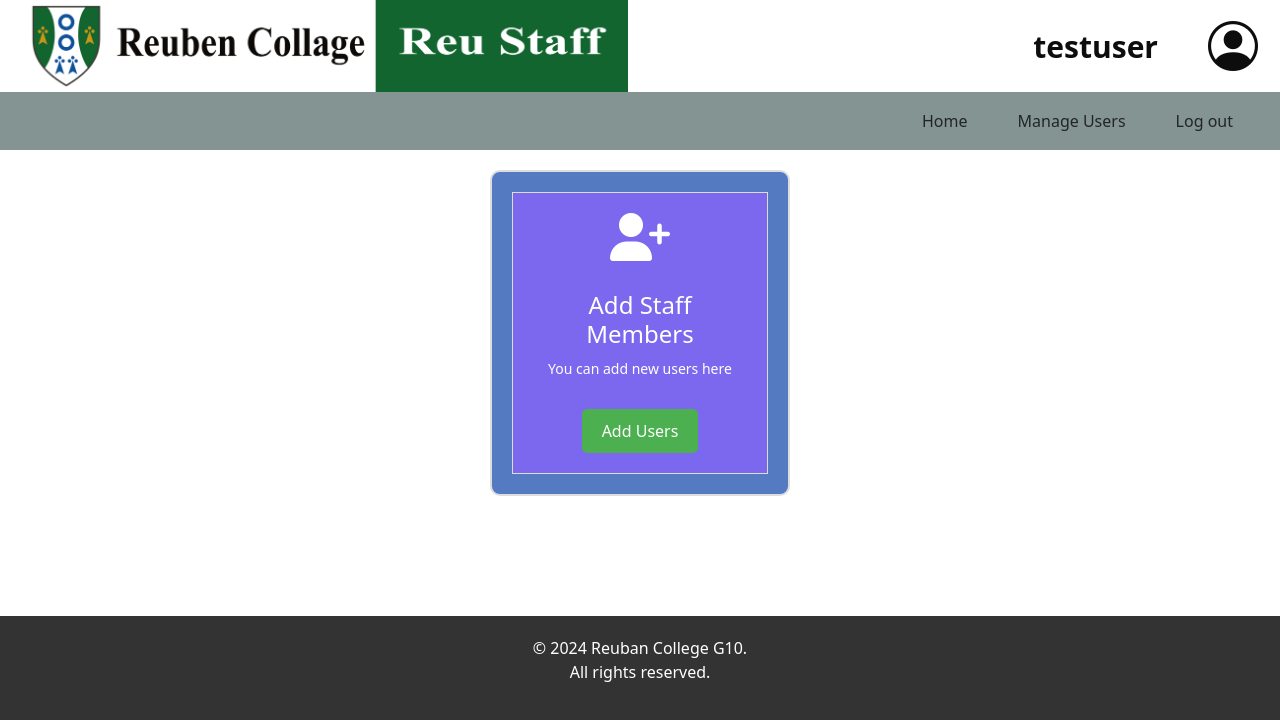
Repository: nimasha20020207/ReuStaff
Page: http://localhost/ReuStaff/manageu.jsp
These files come from the project's save history. The page is drawn as it stood at one moment and after the next save; the edit follows.
The browser window is 1280 px wide. The pictures show the whole page.
The page is served by Tomcat 10. The session is filled in as if someone had signed in: {"username": "testuser", "userType": "admin"}.

Above is the page before, as saved 2024-10-13 12:42:44.

After the next save:
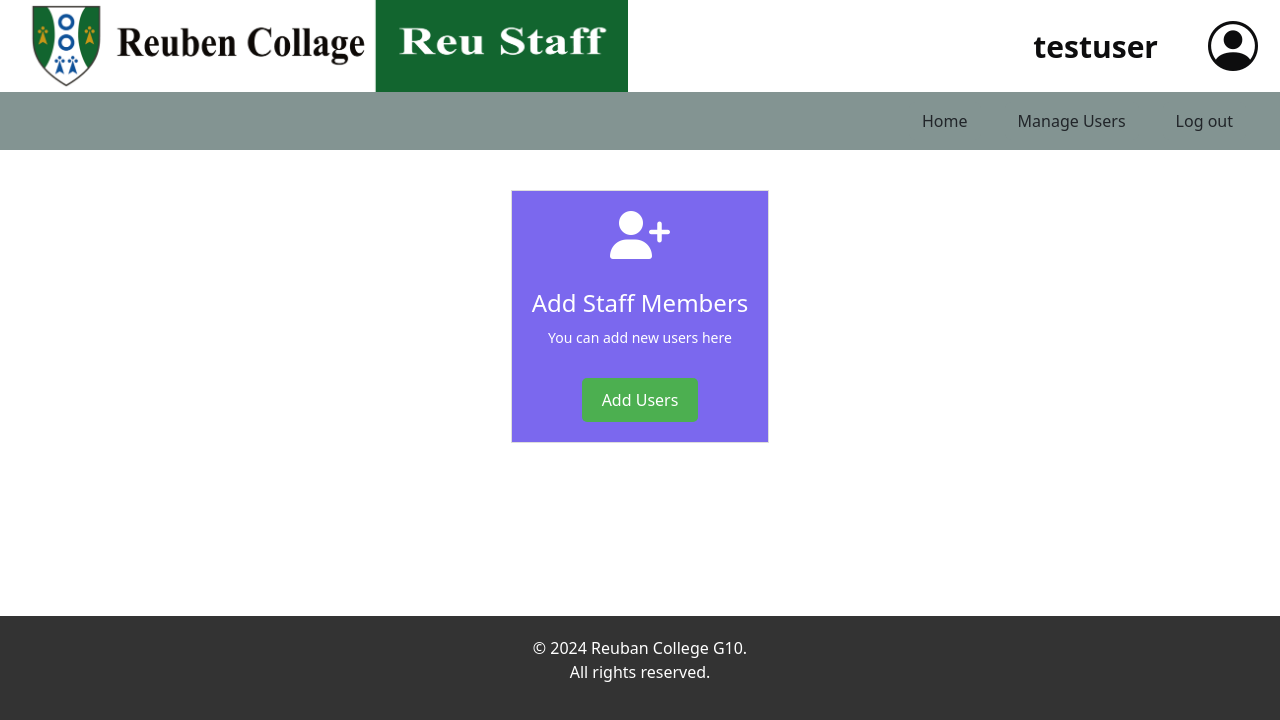
Saved 2 min 5 s later.
--- a/Online Staff Management System/ReuStaff/ReuStaff/src/main/webapp/manageu.jsp
+++ b/Online Staff Management System/ReuStaff/ReuStaff/src/main/webapp/manageu.jsp
@@ -16,62 +16,61 @@
     <style>
 
    .content-container {
-        display: flex;
-        justify-content: center;
-        align-items: center;
-        padding: 20px;
-    }
+            display: flex;
+            justify-content: center;
+            align-items: center;
+            padding: 20px;
 
-    .content {
-        display: flex;
-        flex-direction: column;
-        align-items: center;
-        border: 2px solid #ddd;
-        border-radius: 10px;
-        padding: 20px;
-        background-color:  rgba(54, 99, 184, 0.849);
-        width: 300px;
-        text-align: center;
-    }
+        }
 
-    .support {
-        display: flex;
-        flex-direction: column;
-        align-items: center;
-    }
+        .content {
+            display: flex;
+            flex-direction: column;
+            align-items: center;
+            border-radius: 10px;
+            padding: 20px;
+            width: 350px;
+            text-align: center;
+        }
 
-    .support i {
-        font-size: 48px;
-        color: white;
-        margin-bottom: 10px;
-    }
+        .support {
+            display: flex;
+            flex-direction: column;
+            align-items: center;
+        }
 
-    .support h2 {
-        font-size: 24px;
-        margin-bottom: 10px;
-        color: white;
-    }
+        .support i {
+            font-size: 48px;
+            color: white;
+            margin-bottom: 10px;
+        }
 
-    .support p {
-        font-size: 14px;
-        color: white;
-        margin-bottom: 20px;
-    }
+        .support h2 {
+            font-size: 24px;
+            margin-bottom: 10px;
+            color: white;
+        }
 
-    /* Submit button with hover effect */
-    .btn.find-user-btn {
-        background-color: #4CAF50;
-        color: white;
-        padding: 10px 20px;
-        border: none;
-        border-radius: 5px;
-        font-size: 16px;
-        cursor: pointer;
-    }
+        .support p {
+            font-size: 14px;
+            color: white;
+            margin-bottom: 20px;
+        }
 
-    .btn.find-user-btn:hover {
-        background-color: #45a049;
-    }
+        /* Submit button with hover effect */
+        .btn.find-user-btn {
+            background-color: #4CAF50;
+            color: white;
+            padding: 10px 20px;
+            border: none;
+            border-radius: 5px;
+            font-size: 16px;
+            cursor: pointer;
+        }
+
+        .btn.find-user-btn:hover {
+            background-color: #45a049;
+        }
 
         .username-link {
             color: #0d0d0e; /* Color of the username */
@@ -92,6 +91,7 @@
             color: rgb(14, 85, 85);
             text-decoration: none; /* No underline on hover */
         }
+
         .username-link1:hover {
             color: rgb(14, 85, 85);
             text-decoration: none; /* No underline on hover */
